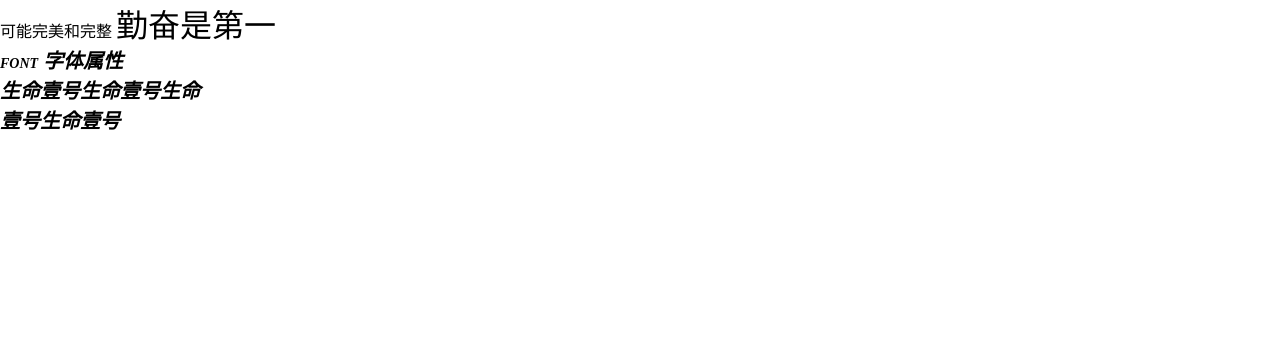
Repository: yuquan1006/-
Page: 02_css/demo.html
These files come from the project's save history. The page is drawn as it stood at one moment and after a run of saves; the edit follows.
The browser window is 1280 px wide. The pictures show the whole page.

Above is the page before, as saved 2023-06-26 10:46:23.

After the next 2 saves:
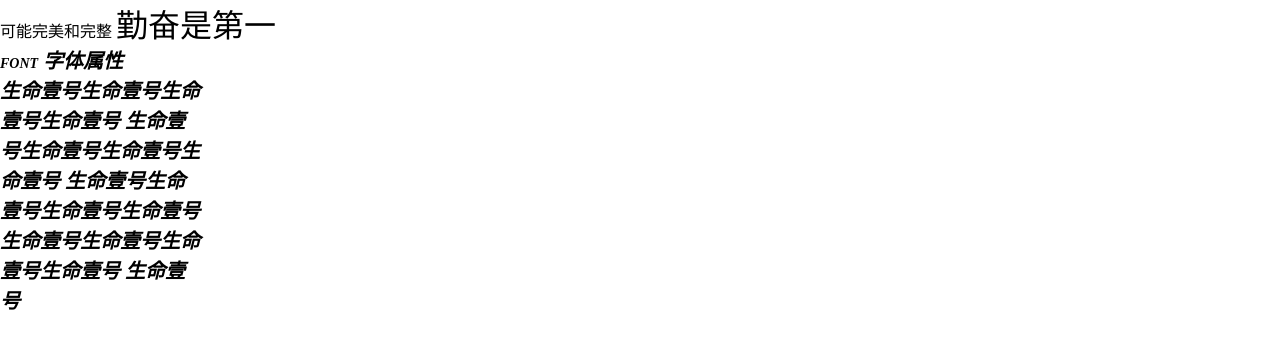
The 2 saves are shown as one change because they came seconds apart.
The last was saved 9 s later.
--- a/02_css/demo.html
+++ b/02_css/demo.html
@@ -44,7 +44,12 @@
     </div>
 
     <div>
-        <p>生命壹号生命壹号生命壹号生命壹号</p>
+        <p>生命壹号生命壹号生命壹号生命壹号
+            生命壹号生命壹号生命壹号生命壹号
+            生命壹号生命壹号生命壹号生命壹号
+            生命壹号生命壹号生命壹号生命壹号
+            生命壹号
+        </p>
     </div>
 
     <!-- 字体属性-->
